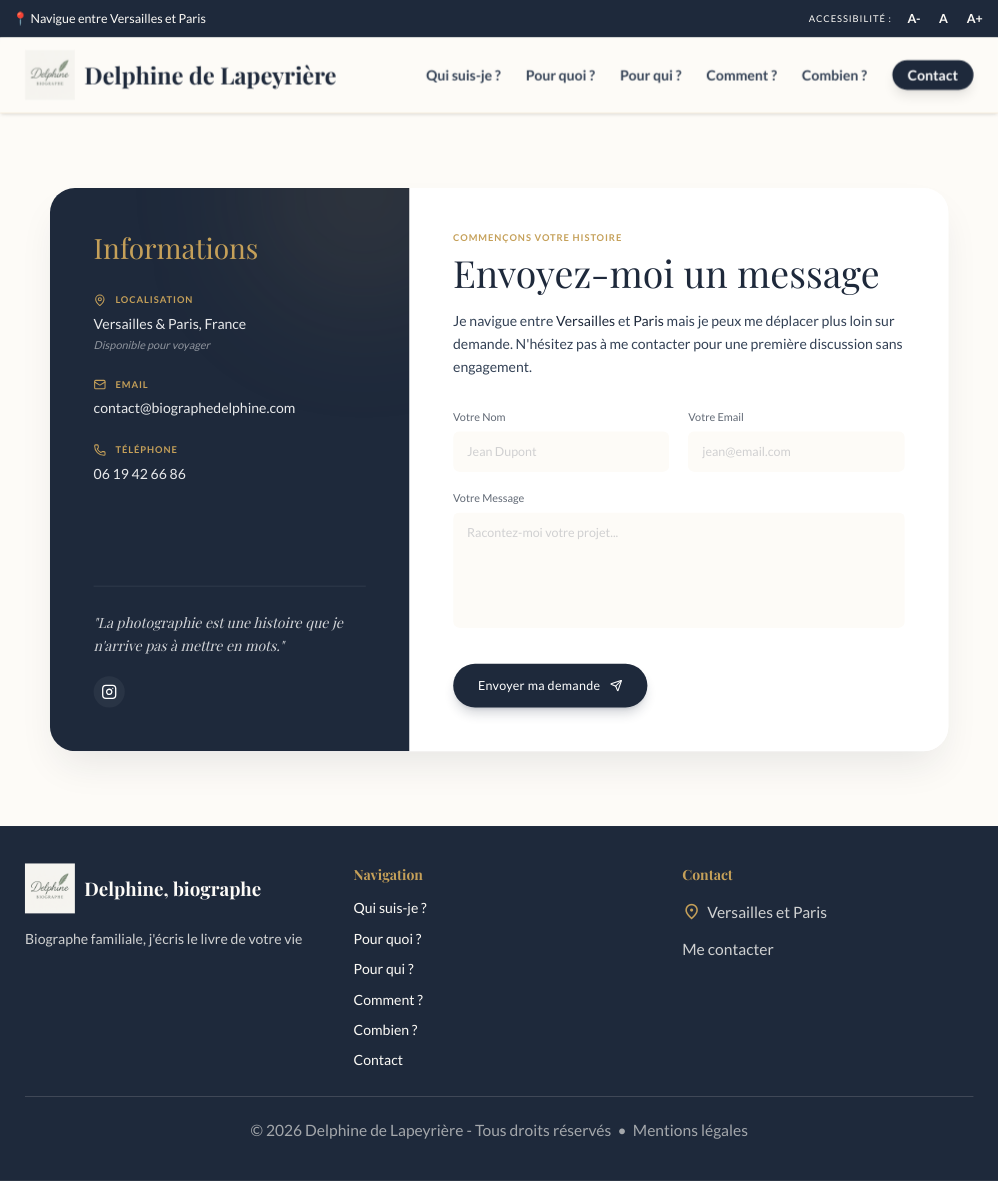
Repository: louisbdc/delphine-biographe
Page: /contact
An editor plug-in stored every save of this project. The page is shown before and after the next save, followed by the edit.
The browser window is 1280 px wide. The pictures show the whole page, at 78% of full size.
Some web fonts or font styles are not loaded; a fallback is used. The project was rebuilt for these pictures with package versions that can differ from the ones it lists, and the page was loaded fresh each time. The framework's server and built-in components were replaced by stand-ins that run in the browser. Also part of the build but not shown: next.config.js.

Above is the page before, as saved 2026-01-07 17:17:41.

### app/layout.tsx
import type { Metadata } from "next";
import "./globals.css";
import AccessibilityControls from "@/components/AccessibilityControls";
import Footer from "@/components/Footer";

export const metadata: Metadata = {
  title: "Delphine de Lapeyrière | Biographe Familiale",
  description: "Biographe familiale, j'écris le livre de votre vie",
  icons: {
    icon: "/logo.png",
  },
};

export default function RootLayout({
  children,
}: Readonly<{
  children: React.ReactNode;
}>) {
  return (
    <html lang="fr" className="scroll-smooth">
      <head>
        {/* Google Fonts: Playfair Display (Serif) & Lato (Sans) */}
        <link rel="preconnect" href="https://fonts.googleapis.com" />
        <link rel="preconnect" href="https://fonts.gstatic.com" crossOrigin="anonymous" />
        <link
          href="https://fonts.googleapis.com/css2?family=Lato:wght@400;700&family=Playfair+Display:ital,wght@0,400;0,700;1,400&display=swap"
          rel="stylesheet"
        />
        {/* Material Symbols for Icons */}
        <link
          rel="stylesheet"
          href="https://fonts.googleapis.com/css2?family=Material+Symbols+Outlined:opsz,wght,FILL,GRAD@24,400,0,0"
        />
      </head>
      <body
        className="font-sans antialiased text-navy overflow-x-hidden flex flex-col min-h-screen"
      >
        {/* Accessibility & Top Bar */}
        <div className="bg-navy text-cream py-2 px-4 flex justify-between items-center text-sm md:text-base">
          <span className="hidden md:inline">📍 Navigue entre Versailles et Paris</span>
          <AccessibilityControls />
        </div>
        <main className="flex-1">
          {children}
        </main>
        <Footer />
      </body>
    </html>
  );
}

### app/contact/page.tsx
import Navigation from "@/components/Navigation";
import { MapPin, Mail, Instagram, Send, Phone } from "lucide-react";

export default function ContactPage() {
  return (
    <>
      <Navigation />

      <main className="min-h-screen bg-[#FDFBF7] flex items-center justify-center py-24 px-4 sm:px-6">

        {/* CONTENEUR PRINCIPAL : Plus large (max-w-6xl) pour donner de l'espace */}
        <div className="w-full max-w-6xl bg-white rounded-[2rem] shadow-2xl shadow-navy/10 overflow-hidden flex flex-col lg:flex-row min-h-[700px]">

          {/* --- COLONNE GAUCHE (NAVY) : 35-40% de la largeur ---
              Sert d'ambiance et d'infos rapides.
          */}
          <div className="lg:w-[40%] bg-navy text-white p-10 md:p-14 relative flex flex-col justify-between">

            {/* Décoration de fond subtile */}
            <div className="absolute top-[-20%] right-[-20%] w-[300px] h-[300px] bg-gold/10 rounded-full blur-[80px] pointer-events-none"></div>

            <div className="relative z-10">
              <h3 className="font-serif text-3xl md:text-4xl text-gold mb-10">Informations</h3>

              <div className="space-y-8">
                <div className="group">
                  <p className="flex items-center gap-3 text-gold text-xs font-bold tracking-widest uppercase mb-2">
                    <MapPin className="w-4 h-4" /> Localisation
                  </p>
                  <p className="text-white/90 font-light text-lg">Versailles & Paris, France</p>
                  <p className="text-white/50 text-sm italic mt-1">Disponible pour voyager</p>
                </div>

                <div className="group">
                  <p className="flex items-center gap-3 text-gold text-xs font-bold tracking-widest uppercase mb-2">
                    <Mail className="w-4 h-4" /> Email
                  </p>
                  <a href="mailto:contact@biographedelphine.com" className="text-white/90 font-light text-lg hover:text-gold transition-colors">
                    contact@biographedelphine.com
                  </a>
                </div>

                <div className="group">
                  <p className="flex items-center gap-3 text-gold text-xs font-bold tracking-widest uppercase mb-2">
                    <Phone className="w-4 h-4" /> Téléphone
                  </p>
                  <p className="text-white/90 font-light text-lg">06 19 42 66 86</p>
                </div>
              </div>
            </div>

            {/* Citation et Social en bas */}
            <div className="relative z-10 mt-16 pt-8 border-t border-white/10">
              <p className="font-serif italic text-lg text-white/80 mb-6 leading-relaxed">
                "La photographie est une histoire que je n'arrive pas à mettre en mots."
              </p>
              <a href="#" className="inline-flex items-center justify-center w-10 h-10 rounded-full bg-white/5 hover:bg-gold hover:text-navy transition-all duration-300">
                <Instagram className="w-5 h-5" />
              </a>
            </div>
          </div>

          {/* --- COLONNE DROITE (BLANC) : 60-65% de la largeur ---
              Contient l'intro ET le formulaire, l'un sous l'autre pour maximiser la largeur.
          */}
          <div className="lg:w-[60%] p-10 md:p-14 bg-white relative">

            {/* En-tête de la section Contact */}
            <div className="mb-10">
              <span className="text-gold font-bold tracking-widest uppercase text-xs mb-3 block">
                Commençons votre histoire
              </span>
              <h2 className="text-4xl md:text-5xl font-serif text-navy mb-6">
                Envoyez-moi un message
              </h2>
              <p className="text-navy-light text-lg leading-relaxed max-w-2xl">
                Je navigue entre <strong className="text-navy font-medium">Versailles</strong> et <strong className="text-navy font-medium">Paris</strong> mais je peux me déplacer plus loin sur demande. N'hésitez pas à me contacter pour une première discussion sans engagement.
              </p>
            </div>

            {/* LE FORMULAIRE : Prend toute la largeur disponible maintenant */}
            <form className="space-y-6">
              <div className="grid grid-cols-1 md:grid-cols-2 gap-6">
                {/* Champ Nom */}
                <div className="relative">
                  <label htmlFor="name" className="block text-sm font-medium text-navy/70 mb-2">Votre Nom</label>
                  <input
                    type="text"
                    id="name"
                    placeholder="Jean Dupont"
                    className="w-full px-4 py-3 rounded-lg bg-[#FDFBF7] border-2 border-transparent focus:border-gold/30 focus:bg-white focus:outline-none transition-all duration-300 placeholder:text-navy/20 text-navy"
                  />
                </div>

                {/* Champ Email */}
                <div className="relative">
                  <label htmlFor="email" className="block text-sm font-medium text-navy/70 mb-2">Votre Email</label>
                  <input
                    type="email"
                    id="email"
                    placeholder="jean@email.com"
                    className="w-full px-4 py-3 rounded-lg bg-[#FDFBF7] border-2 border-transparent focus:border-gold/30 focus:bg-white focus:outline-none transition-all duration-300 placeholder:text-navy/20 text-navy"
                  />
                </div>
              </div>

              {/* Champ Message (Large) */}
              <div className="relative">
                <label htmlFor="message" className="block text-sm font-medium text-navy/70 mb-2">Votre Message</label>
                <textarea
                  id="message"
                  rows={5}
                  placeholder="Racontez-moi votre projet..."
                  className="w-full px-4 py-3 rounded-lg bg-[#FDFBF7] border-2 border-transparent focus:border-gold/30 focus:bg-white focus:outline-none transition-all duration-300 placeholder:text-navy/20 text-navy resize-none"
                ></textarea>
              </div>

              {/* Bouton d'action - Aligné ou pleine largeur */}
              <div className="pt-4">
                <button type="submit" className="group flex items-center gap-3 bg-navy text-white px-8 py-4 rounded-full hover:bg-gold hover:text-navy transition-all duration-300 font-medium tracking-wide shadow-lg shadow-navy/20">
                  <span>Envoyer ma demande</span>
                  <Send className="w-4 h-4 group-hover:translate-x-1 transition-transform" />
                </button>
              </div>
            </form>

          </div>
        </div>
      </main>
    </>
  );
}

### app/globals.css
@tailwind base;
@tailwind components;
@tailwind utilities;

body {
  background-color: #FDFBF7;
  color: #1E293B;
  /* High contrast text */
}

/* Smooth fade-in animation */
.fade-in {
  animation: fadeIn 1.2s ease-in-out;
}

@keyframes fadeIn {
  from { opacity: 0; transform: translateY(10px); }
  to { opacity: 1; transform: translateY(0); }
}

/* Focus states for accessibility */
a:focus, button:focus {
  outline: 3px solid #C5A059;
  outline-offset: 2px;
}

/* Typography overrides for specific senior readability */
p {
  line-height: 1.8;
  font-size: 1.25rem; /* ~20px for excellent readability */
}

### components/AccessibilityControls.tsx
"use client";

import { useState, useEffect } from "react";

export default function AccessibilityControls() {
  // On démarre à 100% (1) par défaut
  const [currentZoom, setCurrentZoom] = useState(1);
  const [mounted, setMounted] = useState(false);

  // Au chargement de la page (côté client uniquement)
  useEffect(() => {
    setMounted(true);
    // 1. On essaie de récupérer une préférence existante
    const savedZoom = localStorage.getItem("user-font-zoom");
    if (savedZoom) {
      const zoomValue = parseFloat(savedZoom);
      setCurrentZoom(zoomValue);
      applyZoom(zoomValue);
    } else {
      // Si aucune préférence, on applique la valeur par défaut
      applyZoom(1);
    }
  }, []);

  // Fonction pour appliquer le zoom sur la balise HTML racine
  const applyZoom = (zoom: number) => {
    if (typeof document !== "undefined") {
      // On touche à l'élément racine <html> pour que les 'rem' de Tailwind s'adaptent
      document.documentElement.style.fontSize = `${100 * zoom}%`;
    }
  };

  const handleZoomChange = (newZoom: number) => {
    setCurrentZoom(newZoom);
    applyZoom(newZoom);
    // On sauvegarde le choix pour la prochaine visite
    localStorage.setItem("user-font-zoom", newZoom.toString());
  };

  const increaseText = () => {
    if (currentZoom < 1.3) { // Max 130%
      // On utilise toFixed pour éviter les problèmes de virgule flottante (0.1 + 0.2 != 0.3)
      const newVal = parseFloat((currentZoom + 0.1).toFixed(1));
      handleZoomChange(newVal);
    }
  };

  const decreaseText = () => {
    if (currentZoom > 0.9) { // Min 90%
      const newVal = parseFloat((currentZoom - 0.1).toFixed(1));
      handleZoomChange(newVal);
    }
  };

  const resetText = () => {
    handleZoomChange(1); // Retour à 100%
  };

  // Pour éviter les erreurs d'hydratation (différence serveur/client),
  // on n'affiche rien tant que le composant n'est pas monté.
  if (!mounted) return null;

  return (
    <div className="flex items-center gap-4" id="accessibility-controls">
      <span className="uppercase tracking-widest text-xs hidden sm:inline">Accessibilité :</span>
      <button
        onClick={decreaseText}
        className="hover:text-gold font-bold p-1 transition-colors"
        aria-label="Diminuer la taille du texte"
        title="Réduire le texte"
      >
        A-
      </button>
      <button
        onClick={resetText}
        className="hover:text-gold font-bold p-1 transition-colors"
        aria-label="Taille du texte par défaut"
        title="Taille par défaut"
      >
        A
      </button>
      <button
        onClick={increaseText}
        className="hover:text-gold font-bold p-1 transition-colors"
        aria-label="Augmenter la taille du texte"
        title="Agrandir le texte"
      >
        A+
      </button>
    </div>
  );
}

### components/Footer.tsx
export default function Footer() {
  const currentYear = new Date().getFullYear();

  return (
    <footer className="bg-navy text-cream mt-auto">
      <div className="container mx-auto px-4 md:px-8 py-8 md:py-12">
        <div className="grid grid-cols-1 md:grid-cols-3 gap-8 md:gap-12">
          {/* Logo & Description */}
          <div className="flex flex-col items-center md:items-start">
            <div className="flex items-center gap-3 mb-4">
              <img
                src="/logo.png"
                alt="Delphine de Lapeyrière - Biographe"
                className="h-12 md:h-16 w-auto"
              />
              <span className="text-xl md:text-2xl font-serif font-bold text-cream">
                Delphine, biographe
              </span>
            </div>
            <p className="text-cream/80 text-center md:text-left text-base-lg">
              Biographe familiale, j&apos;écris le livre de votre vie
            </p>
          </div>

          {/* Navigation Links */}
          <div className="flex flex-col items-center md:items-start">
            <h3 className="text-lg font-serif font-bold mb-4 text-gold">
              Navigation
            </h3>
            <ul className="flex flex-col gap-3 text-base-lg">
              <li>
                <a
                  href="/qui-suis-je"
                  className="hover:text-gold transition-colors underline-offset-4 hover:underline"
                >
                  Qui suis-je ?
                </a>
              </li>
              <li>
                <a
                  href="/pour-quoi-faire"
                  className="hover:text-gold transition-colors underline-offset-4 hover:underline"
                >
                  Pour quoi ?
                </a>
              </li>
              <li>
                <a
                  href="/pour-qui"
                  className="hover:text-gold transition-colors underline-offset-4 hover:underline"
                >
                  Pour qui ?
                </a>
              </li>
              <li>
                <a
                  href="/comment"
                  className="hover:text-gold transition-colors underline-offset-4 hover:underline"
                >
                  Comment ?
                </a>
              </li>
              <li>
                <a
                  href="/combien"
                  className="hover:text-gold transition-colors underline-offset-4 hover:underline"
                >
                  Combien ?
                </a>
              </li>
              <li>
                <a
                  href="/contact"
                  className="hover:text-gold transition-colors underline-offset-4 hover:underline"
                >
                  Contact
                </a>
              </li>
            </ul>
          </div>

          {/* Contact Info */}
          <div className="flex flex-col items-center md:items-start">
            <h3 className="text-lg font-serif font-bold mb-4 text-gold">
              Contact
            </h3>
            <div className="flex flex-col gap-3 text-base-lg text-cream/80">
              <p className="flex items-center gap-2">
                <span className="material-symbols-outlined text-gold">location_on</span>
                <span>Versailles et Paris</span>
              </p>
              <p>
                <a
                  href="/contact"
                  className="hover:text-gold transition-colors underline-offset-4 hover:underline"
                >
                  Me contacter
                </a>
              </p>
            </div>
          </div>
        </div>

        {/* Copyright */}
        <div className="border-t border-cream/20 mt-8 pt-6 text-center text-cream/60 text-sm md:text-base">
          <p className="flex flex-wrap justify-center items-center gap-2">
            <span>© {currentYear} Delphine de Lapeyrière - Tous droits réservés</span>
            <span>•</span>
            <a
              href="/mentions-legales"
              className="hover:text-gold transition-colors underline-offset-4 hover:underline"
            >
              Mentions légales
            </a>
          </p>
        </div>
      </div>
    </footer>
  );
}

### components/Navigation.tsx
export default function Navigation() {
  return (
    <nav className="sticky top-0 z-50 bg-cream/95 backdrop-blur-sm shadow-md border-b border-gold/20">
      <div className="container mx-auto px-4 md:px-8 py-4 flex flex-col md:flex-row justify-between items-center">
        {/* Logo */}
        <a
          href="/"
          className="mb-4 md:mb-0 hover:opacity-80 transition-opacity flex items-center gap-3"
        >
          <img
            src="/logo.png"
            alt="Delphine de Lapeyrière - Biographe"
            className="h-12 md:h-16 w-auto"
          />
          <span className="text-2xl md:text-3xl font-serif font-bold text-navy">
            Delphine de Lapeyrière
          </span>
        </a>

        {/* Menu items */}
        <ul className="flex flex-wrap justify-center gap-4 md:gap-8 text-lg font-semibold text-navy-light">
          <li>
            <a
              href="/qui-suis-je"
              className="hover:text-old-rose transition-colors decoration-gold underline-offset-4 hover:underline"
            >
              Qui suis-je ?
            </a>
          </li>
          <li>
            <a
              href="/pour-quoi-faire"
              className="hover:text-old-rose transition-colors decoration-gold underline-offset-4 hover:underline"
            >
              Pour quoi ?
            </a>
          </li>
          <li>
            <a
              href="/pour-qui"
              className="hover:text-old-rose transition-colors decoration-gold underline-offset-4 hover:underline"
            >
              Pour qui ?
            </a>
          </li>
          <li>
            <a
              href="/comment"
              className="hover:text-old-rose transition-colors decoration-gold underline-offset-4 hover:underline"
            >
              Comment ?
            </a>
          </li>
          <li>
            <a
              href="/combien"
              className="hover:text-old-rose transition-colors decoration-gold underline-offset-4 hover:underline"
            >
              Combien ?
            </a>
          </li>
          <li>
            <a
              href="/contact"
              className="px-5 py-2 bg-navy text-white rounded-full hover:bg-navy-light transition-colors shadow-lg transform hover:-translate-y-0.5"
            >
              Contact
            </a>
          </li>
        </ul>
      </div>
    </nav>
  );
}

### tailwind.config.ts
import type { Config } from "tailwindcss";

const config: Config = {
  content: [
    "./pages/**/*.{js,ts,jsx,tsx,mdx}",
    "./components/**/*.{js,ts,jsx,tsx,mdx}",
    "./app/**/*.{js,ts,jsx,tsx,mdx}",
  ],
  theme: {
    extend: {
      colors: {
        'cream': '#FDFBF7',
        'cream-dark': '#F5F2EB',
        'navy': '#1E293B',
        'navy-light': '#334155',
        'sage': '#4F6F52',
        'gold': '#C5A059',
        'old-rose': '#B76E79',
      },
      fontFamily: {
        serif: ['"Playfair Display"', 'serif'],
        sans: ['"Lato"', 'sans-serif'],
      },
      fontSize: {
        'base-lg': '1.125rem', /* 18px minimum for body */
      }
    },
  },
  plugins: [],
};
export default config;

After the next save:
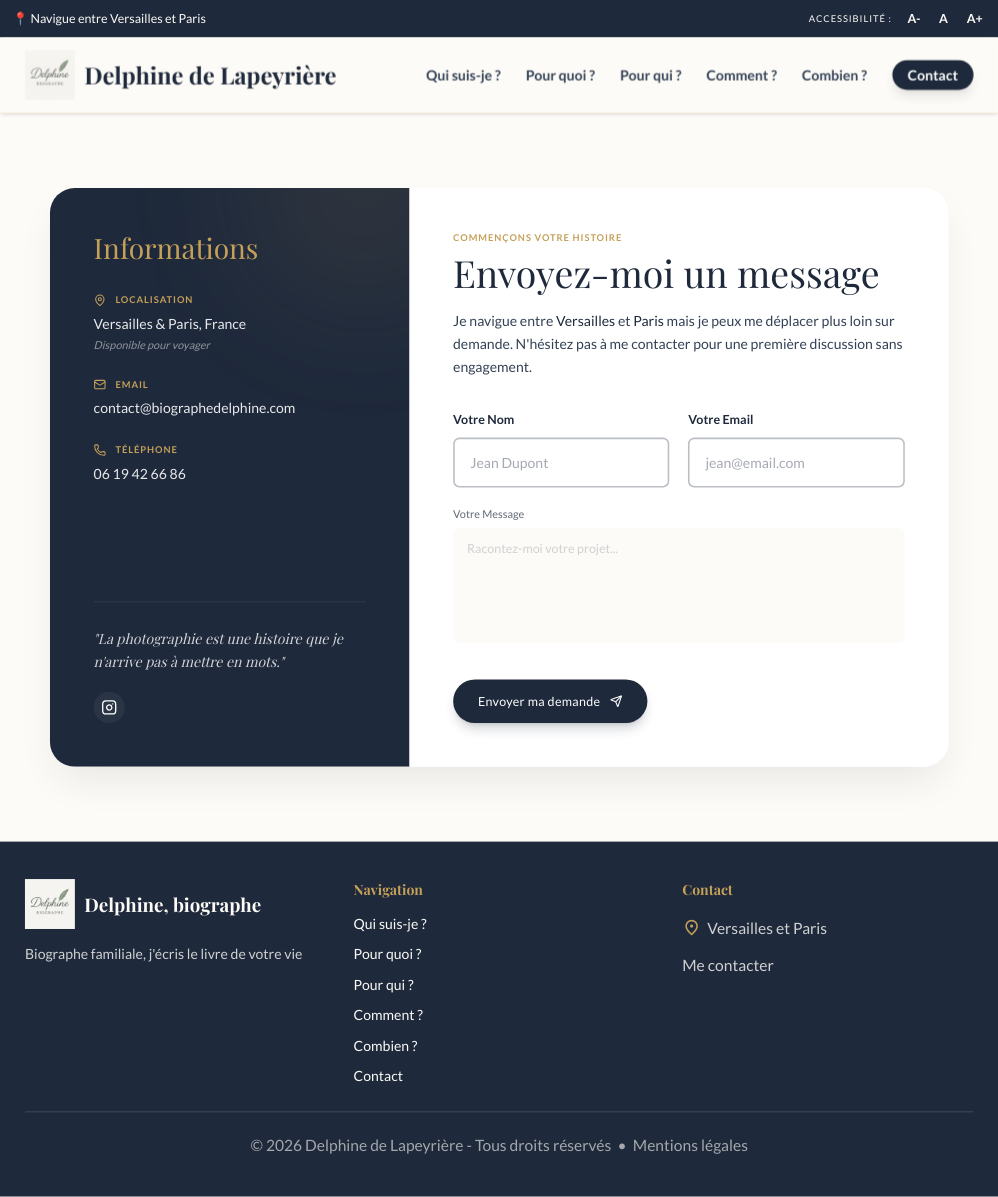
Saved 90 s later.
--- a/app/contact/page.tsx
+++ b/app/contact/page.tsx
@@ -83,23 +83,23 @@ export default function ContactPage() {
               <div className="grid grid-cols-1 md:grid-cols-2 gap-6">
                 {/* Champ Nom */}
                 <div className="relative">
-                  <label htmlFor="name" className="block text-sm font-medium text-navy/70 mb-2">Votre Nom</label>
+                  <label htmlFor="name" className="block text-base font-semibold text-navy mb-3">Votre Nom</label>
                   <input
                     type="text"
                     id="name"
                     placeholder="Jean Dupont"
-                    className="w-full px-4 py-3 rounded-lg bg-[#FDFBF7] border-2 border-transparent focus:border-gold/30 focus:bg-white focus:outline-none transition-all duration-300 placeholder:text-navy/20 text-navy"
+                    className="w-full px-5 py-4 rounded-lg bg-white border-2 border-navy/30 focus:border-gold focus:bg-white focus:outline-none focus:ring-2 focus:ring-gold/20 transition-all duration-300 placeholder:text-navy/40 text-navy text-lg"
                   />
                 </div>
 
                 {/* Champ Email */}
                 <div className="relative">
-                  <label htmlFor="email" className="block text-sm font-medium text-navy/70 mb-2">Votre Email</label>
+                  <label htmlFor="email" className="block text-base font-semibold text-navy mb-3">Votre Email</label>
                   <input
                     type="email"
                     id="email"
                     placeholder="jean@email.com"
-                    className="w-full px-4 py-3 rounded-lg bg-[#FDFBF7] border-2 border-transparent focus:border-gold/30 focus:bg-white focus:outline-none transition-all duration-300 placeholder:text-navy/20 text-navy"
+                    className="w-full px-5 py-4 rounded-lg bg-white border-2 border-navy/30 focus:border-gold focus:bg-white focus:outline-none focus:ring-2 focus:ring-gold/20 transition-all duration-300 placeholder:text-navy/40 text-navy text-lg"
                   />
                 </div>
               </div>
